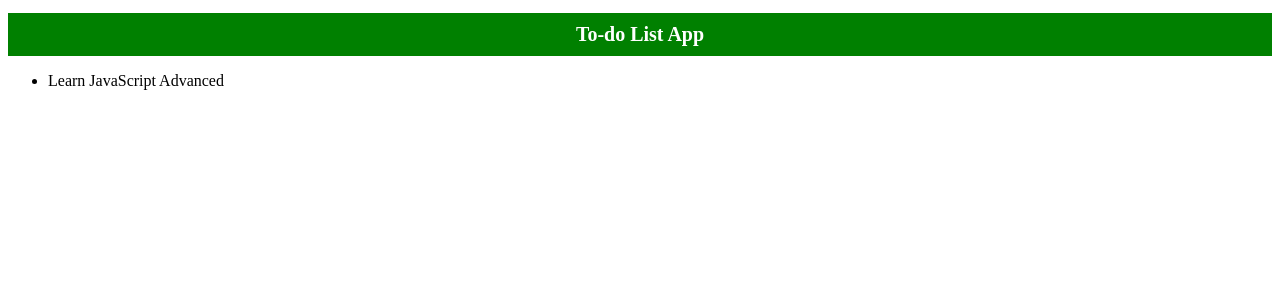
Repository: binhphanbp/WEB2064_JavaScript-Advanced_WD20305
Page: lesson4/lesson4.html
These files come from the project's save history. The page is drawn as it stood at one moment and after the next save; the edit follows.
The browser window is 1280 px wide. The pictures show the whole page.

Above is the page before, as saved 2025-09-22 13:10:33.

### lesson4/lesson4.html
<!DOCTYPE html>
<html lang="en">
  <head>
    <meta charset="UTF-8" />
    <meta name="viewport" content="width=device-width, initial-scale=1.0" />
    <title>Document</title>

    <style>
      .styleH1 {
        padding: 10px;
        text-align: center;
      }

      .anotherStyleH1 {
        box-shadow: 5px 5px 10px gray;
      }
    </style>
  </head>
  <body>
    <h1 id="h1Tag">To-do List App</h1>
    <div id="divTodo"></div>
    <ul id="ulTag"></ul>

    <script>
      const h1Tag = document.getElementById('h1Tag');
      const divTodo = document.getElementById('divTodo');
      const ulTag = document.getElementById('ulTag');

      // 1. Sử dụng style
      h1Tag.style = 'background-color: green; color: white';
      h1Tag.style.fontSize = '20px';

      // 2. Sử dụng với className
      h1Tag.className = 'styleH1';

      // 3. Sử dụng classList
      h1Tag.classList.add('anotherStyleH1');
      h1Tag.classList.remove('anotherStyleH1');

      // 4. Thêm một phần tử mới bằng createElement
      const liTag = document.createElement('li');
      liTag.innerText = 'Learn JavaScript Advanced';
      ulTag.appendChild(liTag);

      const inputTag = document.createElement('input');
      const buttonTag = document.createElement('button');
      buttonTag.innerText = 'Add item';
      inputTag.placeholder = 'Enter item';
      inputTag.type = 'text';
      divTodo.appendChild(inputTag);
      divTodo.appendChild(buttonTag);

      // 5. Thêm phần tử bằng HTML
      divTodo.innerHTML = ``;
    </script>
  </body>
</html>

After the next save:
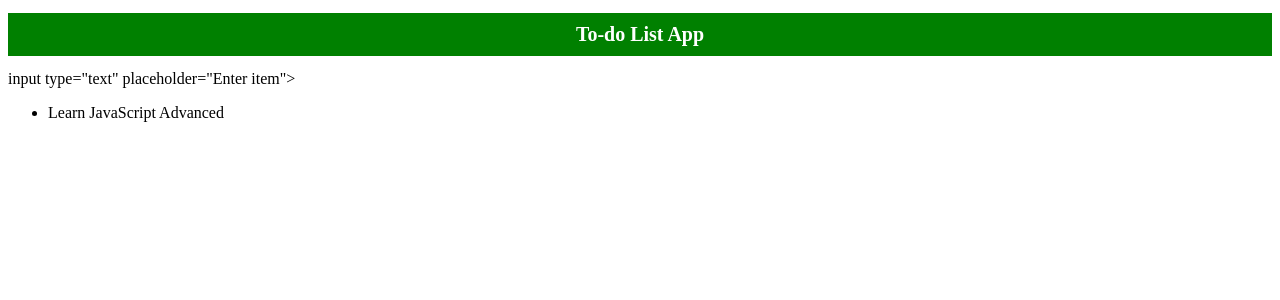
Saved 10 s later.
--- a/lesson4/lesson4.html
+++ b/lesson4/lesson4.html
@@ -51,7 +51,9 @@
       divTodo.appendChild(buttonTag);
 
       // 5. Thêm phần tử bằng HTML
-      divTodo.innerHTML = ``;
+      divTodo.innerHTML = `
+        input type="text" placeholder="Enter item">
+      `;
     </script>
   </body>
 </html>
